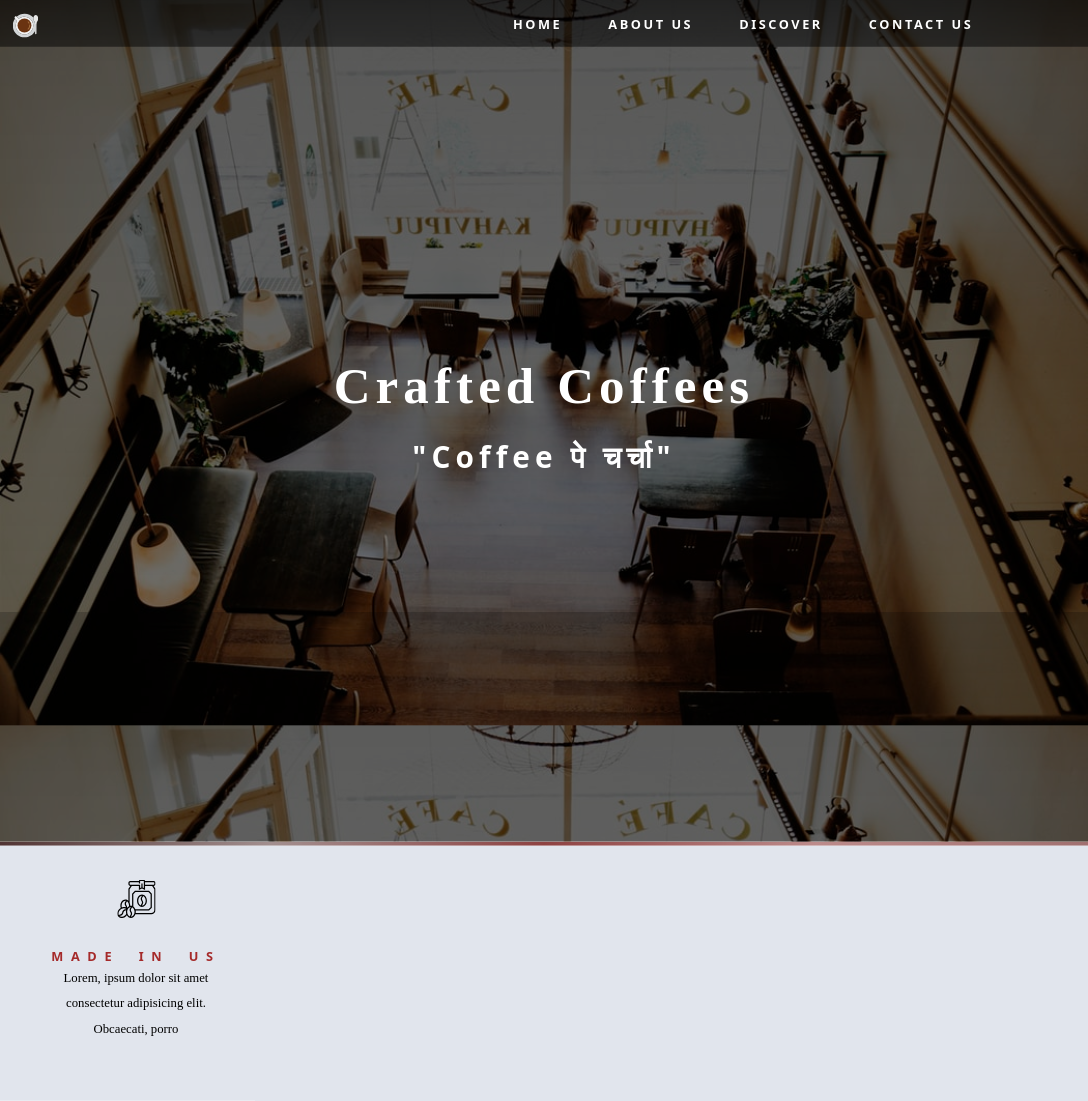
Repository: Aditya0377/Assignments
Page: Assignment/coffee/index.html
These files come from the project's save history. The page is drawn as it stood at one moment and after the next save; the edit follows.
The browser window is 1280 px wide. The pictures show the whole page, at 85% of full size.
Backgrounds fixed to the window are drawn as part of the page. Some web libraries are served in a nearby version.

Above is the page before, as saved 2024-02-02 14:31:55.

### Assignment/coffee/index.html
<!DOCTYPE html>
<html lang="en">

<head>
    <meta charset="UTF-8">
    <meta name="viewport" content="width=device-width, initial-scale=1.0">
    <title>Coffee</title>
    <link rel="stylesheet" href="coffee.css">
    <link rel="stylesheet" href="https://cdn.linearicons.com/free/1.0.0/icon-font.min.css">
    <script src="https://kit.fontawesome.com/edd85780d6.js" crossorigin="anonymous"></script>
</head>

<body>
    <div class="head">
        <div class="navbar">
            <a href="" class="logo"><img src="assets/logo.svg" alt=""></a>
            <div class="navmenu">
                <a href="" class="navcont">HOME</a>
                <a href="" class="navcont">ABOUT US</a>
                <a href="" class="navcont">DISCOVER</a>
                <a href="" class="navcont">CONTACT US</a>

            </div>
        </div>
        <div class="headcont">
            <h1>Crafted Coffees</h1>
            <h2>"Coffee पे चर्चा"</h2>
            <div class="arrow">
                <span class="lnr lnr-chevron-down"></span>
            </div>
        </div>
    </div>
    <div class="linearline"></div>
    <div class="one">
        <div class="onecont">
            <div><img src="assets/coffeebag.svg" alt="" class="onelogo"></div>
            <div class="onehead">MADE IN US</div>
            <div class="lorem">Lorem, ipsum dolor sit amet<br> consectetur adipisicing elit.<br> Obcaecati, porro</div>
        </div>
    </div>
</body>

</html>

### Assignment/coffee/coffee.css
* {
    margin: 0;
    padding: 0;
    box-sizing: border-box;
    font-family: system-ui, -apple-system, BlinkMacSystemFont, 'Segoe UI', Roboto, Oxygen, Ubuntu, Cantarell, 'Open Sans', 'Helvetica Neue', sans-serif;
    ;
}

a {
    text-decoration: none;
    color: black;
}

.head {
    width: 100%;
    background: linear-gradient(rgba(0, 0, 0, 0.6), rgba(0, 0, 0, 0.5)), url(assets/bg1.jpeg) center/cover no-repeat;
    background-repeat: no-repeat;
    background-attachment: fixed;
    background-size: cover;
    height: 990px;
    position: relative;
    display: flex;
    flex-direction: column;
    align-items: center;
    text-align: center;
}

.navbar {
    display: flex;
    align-items: center;
    width: 100%;
    height: 55px;
    background-image: linear-gradient(rgba(0, 0, 0, 0.6), rgba(0, 0, 0, 0.5));
    position: fixed;
    z-index: 999;

}

.navmenu {
    position: inherit;
    right: 0px;
    margin-right: 85px
}

.logo {
    align-self: flex-start;
    margin: 15px;
}

.navbar img {
    width: 30px;
}

.navcont {
    font-weight: 600;
    letter-spacing: 3px;
    font-size: 15px;
    margin-right: 50px;
    color: white;
}

.navcont:hover {
    transition: 0.5s ease;
    color: brown;
}

.headcont {
    margin-top: 420px;
    letter-spacing: 6px;
    color: white;
}

.headcont h1 {
    font-size: 60px;
    font-family: SpartanLimport;

}

.headcont h2 {
    font-weight: 600;
    margin-top: 25px;
    font-size: 35px;
    margin-bottom: 340px;
}

.lnr-chevron-down {
    font-size: 40px;
}

.arrow {
    animation-name: arrowdown;
    animation-duration: 3s;
    animation-iteration-count: infinite;
}

@keyframes arrowdown {
    0% {
        transform: translateY(0px);
    }

    50% {
        transform: translateY(50px);
    }

    100% {
        transform: translateY(0px);
    }
}

.linearline {
    width: 100%;
    background-image: linear-gradient(to left, #a07070, #bc8b8b, #8e4242, #a28f8f, #513434);
    height: 5px;
}

.one {
    width: 100%;
    display: flex;
    justify-content: p;
    align-items: center;
    background-color: #e1e5ed;
}

.onecont {
    height: 300px;
    width: 25%;
    text-align: center;

}

.onelogo {
    margin-top: 40px;
    width: 45px;
}

.onehead {
    font-size: 15px;
    letter-spacing: 9px;
    word-spacing: 10px;
    margin-top: 30px;
    color: brown;
    font-weight: 700;
}

.lorem {
    font-size: 15px;
    font-family: RalewayELimport;
    line-height: 30px;
}

After the next save:
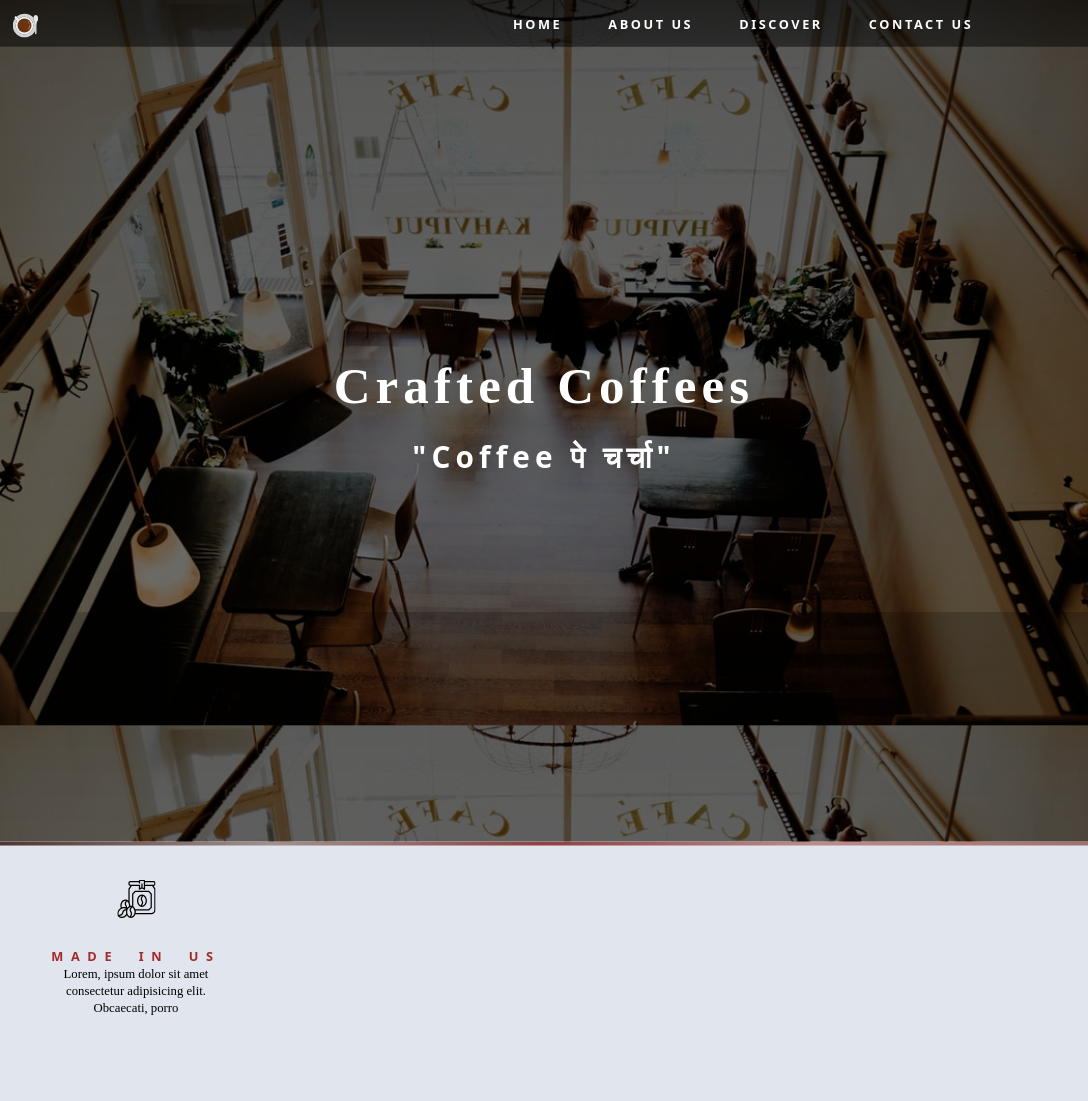
Saved 6 s later.
--- a/Assignment/coffee/coffee.css
+++ b/Assignment/coffee/coffee.css
@@ -145,5 +145,5 @@ a {
 .lorem {
     font-size: 15px;
     font-family: RalewayELimport;
-    line-height: 30px;
+    line-height: 20px;
 }
